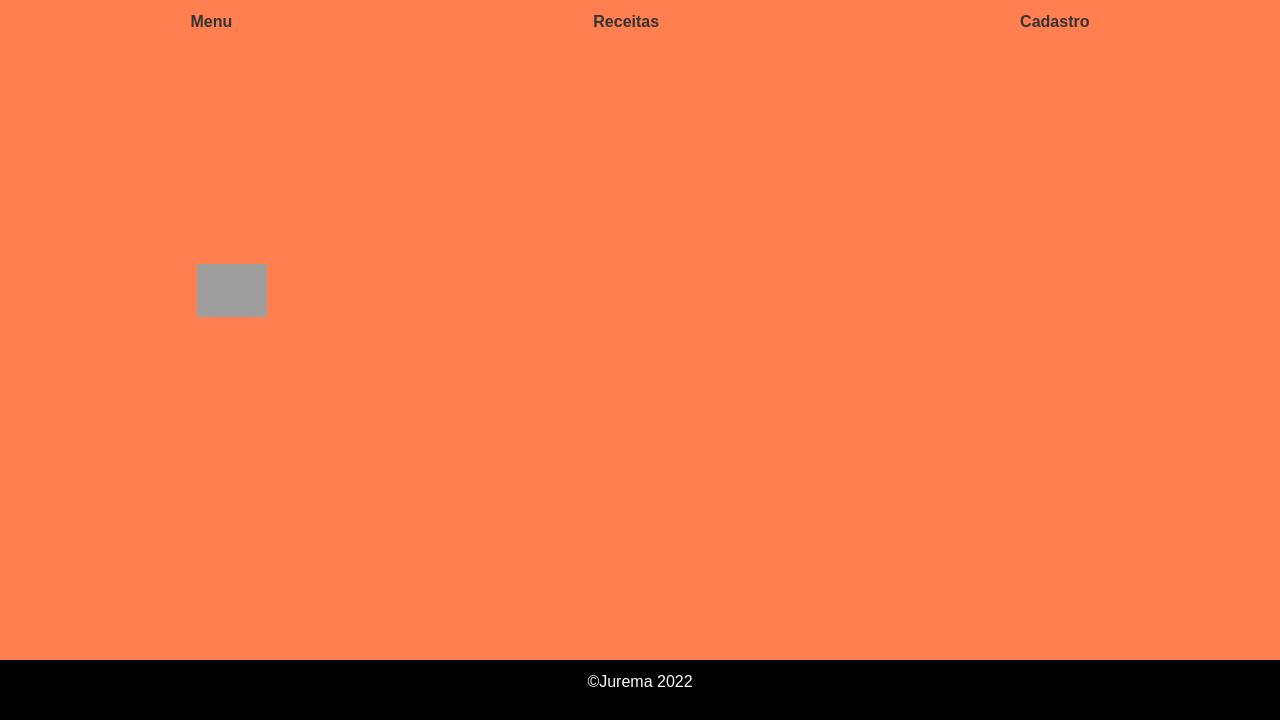
Repository: devropaes/RECEITAS
Page: OneDrive/Área de Trabalho/Estudos/Estácio/receitas/receitas.html
The author's editor kept a copy of each file at every save. The page is drawn from the files as they stood at one save, then again after the next save.
The browser window is 1280 px wide. The pictures show the whole page.
Pictures or frames that could not be fetched are drawn as grey boxes. Some web libraries are served in a nearby version.

Above is the page before, as saved 2024-03-12 16:54:14.

### OneDrive/Área de Trabalho/Estudos/Estácio/receitas/receitas.html
<!DOCTYPE html>
<html lang="pt-br">

<head>
  <meta charset="UTF-8">
    <meta http-equiv="X-UA-Compatible" content="IE=edge">
    <meta name="viewport" content="width=device-width, initial-scale=1.0">
    <script src="https://kit.fontawesome.com/a076d05399.js" crossorigin="anonymous"></script>
    <link rel="stylesheet" href="./formatos.css">
    <link rel="stylesheet" href="https://cdn.jsdelivr.net/npm/bootstrap@4.3.1/dist/css/bootstrap.min.css" integrity="sha384-ggOyR0iXCbMQv3Xipma34MD+dH/1fQ784/j6cY/iJTQUOhcWr7x9JvoRxT2MZw1T" crossorigin="anonymous">

    <title>Receitas</title>
    <link rel="stylesheet" href="./receitas.css">
    <link rel="stylesheet" href="https://cdn.jsdelivr.net/npm/bootstrap@4.3.1/dist/css/bootstrap.min.css" integrity="sha384-ggOyR0iXCbMQv3Xipma34MD+dH/1fQ784/j6cY/iJTQUOhcWr7x9JvoRxT2MZw1T" crossorigin="anonymous">
    <title>Receitas</title>
    <link rel="stylesheet" href="./receitas.css">

    </head>
    <body>
       <ul class="navlist">
          <li><a href="home.html">Menu</a></li>
          <li><a href="receitas.html">Receitas</a></li>
          <LI><a href="#cadastro.html">Cadastro</a></LI>
        </ul>
      </head>

      <main class="apresentacao">
        <div class="apresentacao__receitas__link">
              <img src="./assets/3 figuras.png" class="receitas">
        </div>

       </main>


       <footer class="rodape">
        <p>&copy;Jurema 2022 </p>
       </footer>
 </body>
 </html>

### OneDrive/Área de Trabalho/Estudos/Estácio/receitas/formatos.css

img {
    width: 70px;
    background-color: #ff7f50;
}

img, h1 {
    display:inline-block
    background-color: #ff7f50;

}

img arroz-de-couve-flor,bolo-de-cafe,coxinha-de-brigadeiro {
    width: 300px;
}
navlist {
 display: flex;
 background-color: #ff7f50;
}
body {
    background-color:#ff7f50;
    font-family: Arial, Helvetica, sans-serif;
    font-size: 16px;
    text-decoration: none;


}
header {
    text-decoration: none;
}

.cabecalho{
    background-color: #ff7f50;
    font-family:"krona one",sans-serif ;
    font-weight: 600;
    color: #333;
    padding: 10px;
    text-decoration: none;
}

.cabecalho__menu {
    background-color: #ff7f50;
    font-family: "Krona One", sans-serif;
    font-weight: 600;
    display: flex;
    justify-content: left;
    color:#333;
    text-decoration: none;

}


.cabecalho__menu__link {
    background-color: #ff7f50;
    font-family: "Krona One", sans-serif;
    font-weight: 600;
    color: #333;
    text-decoration: none;
    padding: 5px 10px;
    margin: 0 10px;
    pad: 50px;

}
.cabecalho__cadastro__link {
    background-color: #ff7f50;
    font-family: "Krona One", sans-serif;
    font-weight: 600;
    color: #333;
    text-decoration: none;
    padding: 5px 10px;
    margin: 0 10px;
    pad: 50px;
}


.apresentacao {
    font-family: "Krona One", sans-serif;
    font-weight: 600;
    background-color: #ff7f50;
    text-align: center;
    padding: 50px;
}

.apresentacao__conteudo {
    img: 33 x 32px;
    font-family: "Krona One", sans-serif;
    font-weight: 600;
    max-width: 600px;
    margin: 0 auto;
    pad: 60px;
}

.apresentacao__conteudo {
    font-family: "Krona One", sans-serif;
    font-weight: 600;
    color: #333;
    pad:62px;

}
.apresentacao__conteudo__titulo {
    justify-items:right;
    width: 60%;

}


.apresentacao__receitas__link {
    align-items: center;
    display:flex;
    gap: 16px;
    width: 50%;
    text-align: center;

}


.rodape {
    background-color: #000;
    color: #fff;
    text-align: center;
    padding: 2px;
    position: fixed;
    border-bottom: #fff;
    left: 0; /* Alteração aqui para fixar o rodapé no lado esquerdo */
    bottom: 0%;
    width: 100%;
    margin: 0%;
    max-width: 100%;

}

### OneDrive/Área de Trabalho/Estudos/Estácio/receitas/receitas.css
:root {
    --cor-primaria: #ff7f50;
    --cor-secundaria: #333;
    --cor-terciaria: #000;
    --cor-hover: #fff;
    --font-primaria: "Arial, Helvetica", sans-serif;
    --font-secundaria: "Krona-One", sans-serif;
}

* {
    margin: 0;
    padding: 0;
    box-sizing: border-box;
}

.apresentacao__receitas__link {
    width: 100px;
    padding: 70px;
    align-items: center;
    justify-content: center
}

body {
    background-color: var(--cor-primaria);
    font-family: var(--font-secundaria);
    font-size: 1em;
    font-weight: 400;
    text-align: center;
    margin: 5px;

}

.page-container {
    display: flex;
    flex-direction: column;
    align-items: center;
    justify-content: center;
    text-align: center;
    margin:5px;
    border-color: var(--cor-hover);
}
.content {
    margin-bottom: 20px;


}
.navlist {
    list-style: none;
    padding: 5px;
    display: flex;
    justify-content: space-around;
    color: var(--cor-secundaria);
    font-size: 1rem;
    font-weight: 600;
    margin-bottom: 125px;
}

.navlist a {
    text-decoration: none;
    color: var(--cor-secundaria);
    font-size: 1rem;
    font-weight: 600;
    font-family: var(--font-primaria);

}
.logo-container {
    display: flex;
    align-items: center;
    margin-bottom: 50px;
}

.logo {
    width: 90px;
    margin-right: 30px;

}

.receitas__tia__jurema {
    width: 80px;
    font-size: 2.5em;
    margin-bottom: 50px;
    padding: 50px;
    display:contents;

}

.content {
    display: flex;
    flex-direction: column;
    align-items: center;
    justify-content: center;
    text-align: center;



}

.apresentacao {
    font-size: 1.5em;
    text-align:inherit;
    padding: 30px;
    width: 80%; /* Ajuste conforme necessário */
    margin: auto;

}
.apresentação h2 {
    margin: bottom 30px;
    padding: 30px;
    text-align: center;
}

/* Adicione esta regra para alinhar o logo à esquerda da Receitas Tia Jurema */
.content {
    display: flex;
    align-items: center;
    margin-bottom: 20px;
}

.logo {
    width: 70px;
    margin-right: 5px; /* Ajuste conforme necessário */

}

.rodape {
    background-color: var(--cor-terciaria);
    color: var(--cor-hover);
    text-align: center;
    padding: 10px;
    position: fixed;
    border-bottom: var(--cor-hover);
    left: 0;
    bottom: 0%;
    width: 100%;
    max-width: 100%;

}

After the next save:
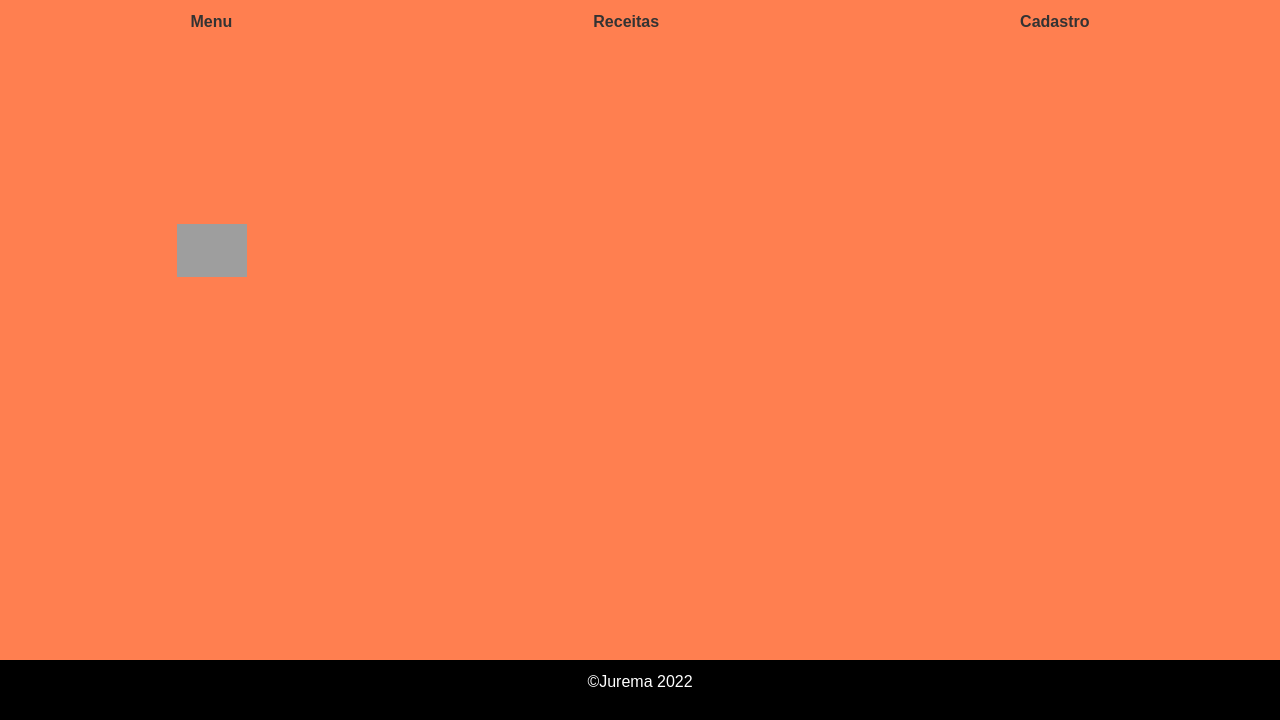
Saved 11 s later.
--- a/OneDrive/Área de Trabalho/Estudos/Estácio/receitas/receitas.css
+++ b/OneDrive/Área de Trabalho/Estudos/Estácio/receitas/receitas.css
@@ -15,7 +15,7 @@
 
 .apresentacao__receitas__link {
     width: 100px;
-    padding: 70px;
+    padding: 30px;
     align-items: center;
     justify-content: center
 }
